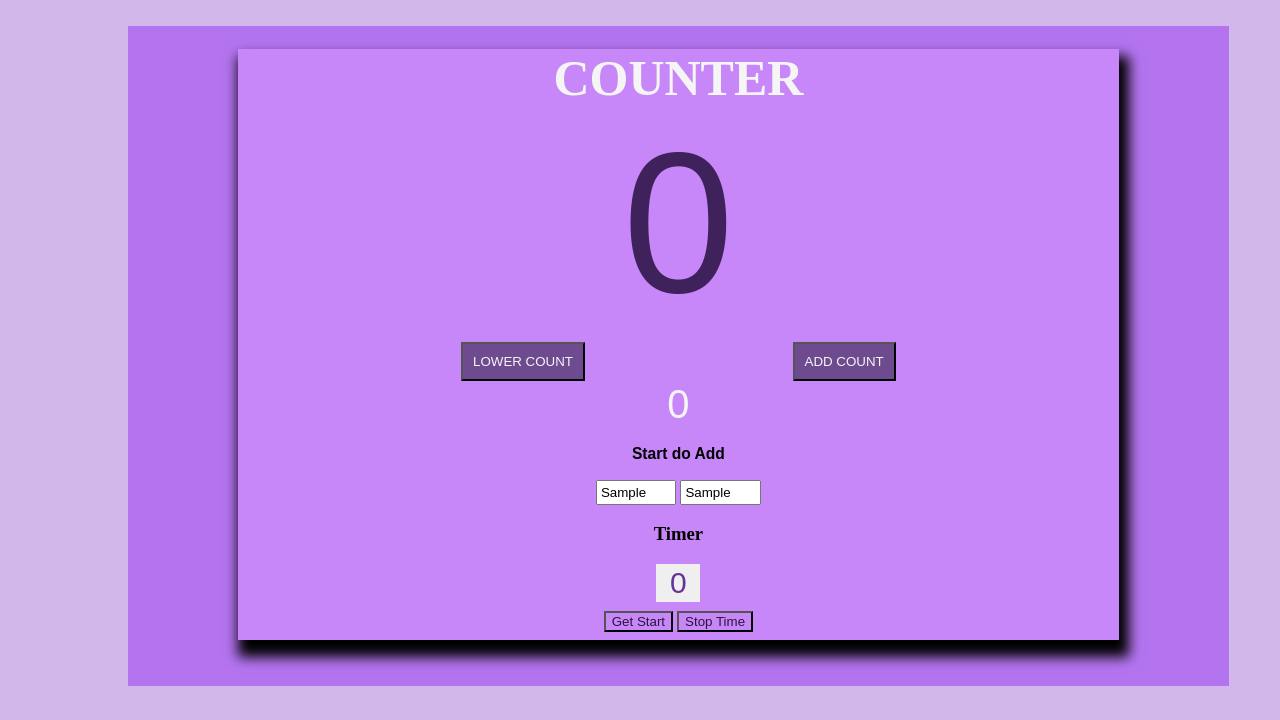
Repository: AnahitKhechumyan/Counter
Page: index.html
These files come from the project's save history. The page is drawn as it stood at one moment and after the next save; the edit follows.
The browser window is 1280 px wide. The pictures show the whole page.
Empty fields were first filled with sample values (such as "Sample", 5 or name@example.com).
After loading, the first visible `button.add` was clicked once.

Above is the page before, as saved 2022-02-15 01:12:37.

After the next save:
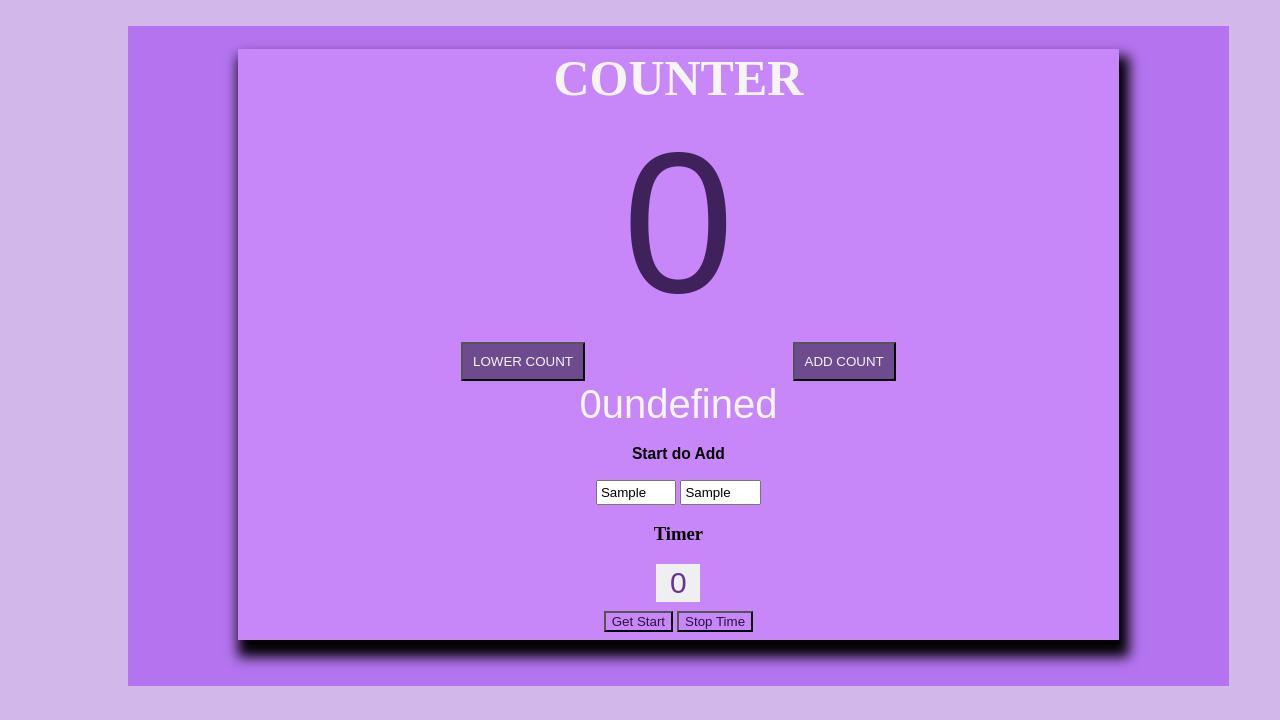
Saved 64 s later.
--- a/script.js
+++ b/script.js
@@ -28,7 +28,7 @@ function updateDisplay(){
 
  let sum = 0;
 startAdd.addEventListener("click",()=>{
-   addSum.innerHTML  ;
+   addSum.innerHTML += sum.innerHTML  ;
 });
 let x = firstNum.innerHTML;
 let y = secondNum.innerHTML;
